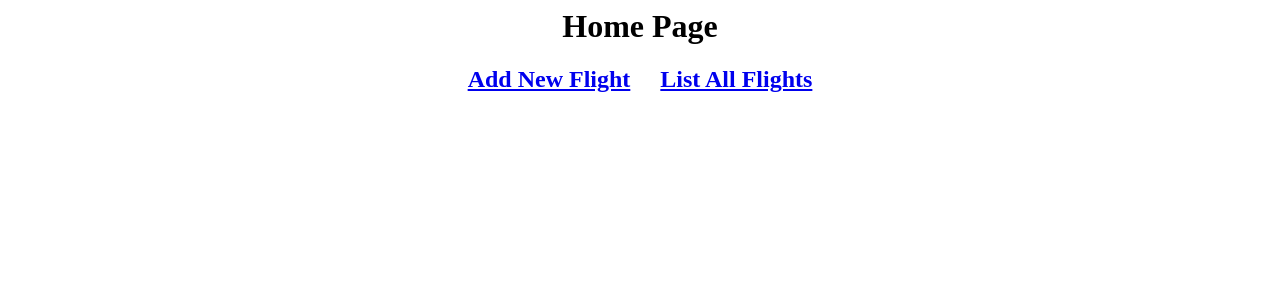
Repository: pawankas/Java_Mini_Project
Page: http://localhost/AirReservation/Home.jsp
An editor plug-in stored every save of this project. The page is shown before and after the next save, followed by the edit.
The browser window is 1280 px wide. The pictures show the whole page.
The page is served by Tomcat 9.

Above is the page before, as saved 2022-03-13 16:16:53.

After the next save:
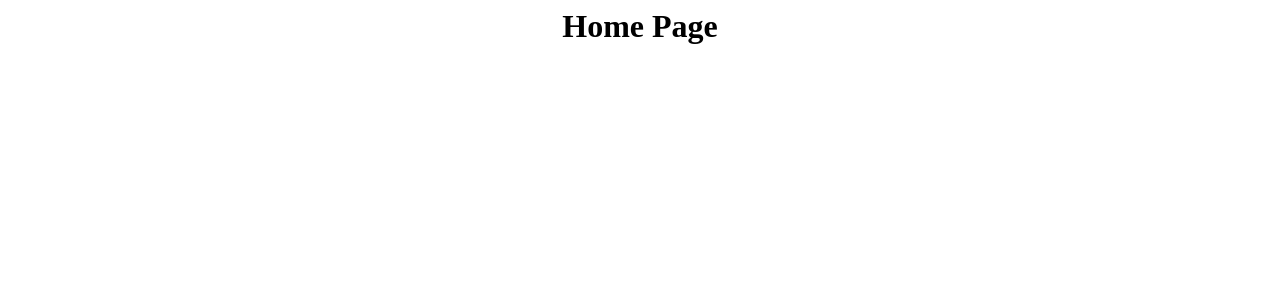
Saved 20 s later.
--- a/final/AirReservation/WebContent/Home.jsp
+++ b/final/AirReservation/WebContent/Home.jsp
@@ -8,12 +8,7 @@
 <body>
     <center>
         <h1>Home Page</h1>
-        <h2>
-            <a href="/new">Add New Flight</a>
-            &nbsp;&nbsp;&nbsp;
-            <a href="/list">List All Flights</a>
 
-        </h2>
     </center>
 
 </body>
